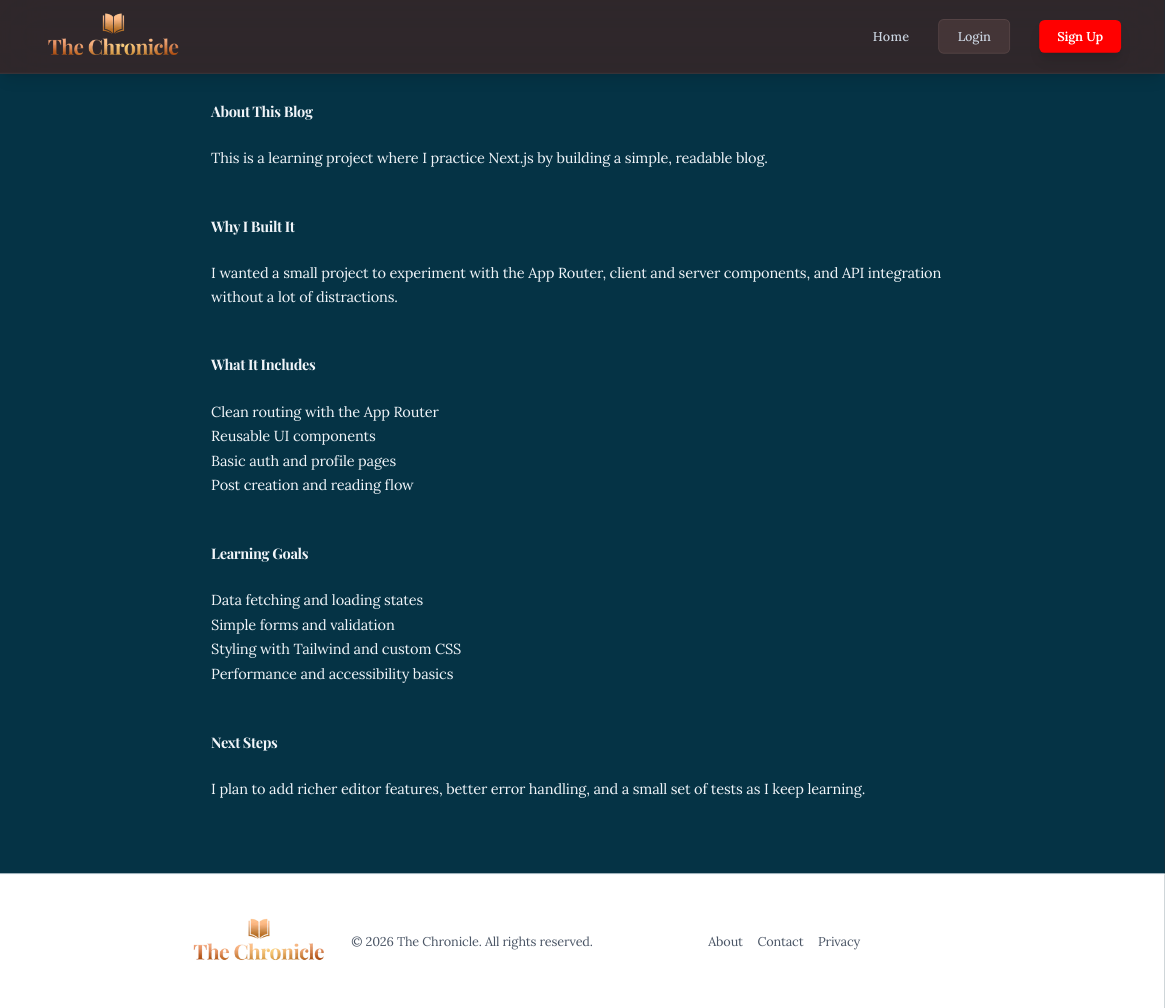
Repository: swaruplamsal/BasicBlogApp
Page: /about (app in blog-frontend/)
An editor plug-in stored every save of this project. The page is shown before and after the next save, followed by the edit.
The browser window is 1280 px wide. The pictures show the whole page, at 91% of full size.
The page's requests for data from a server got no answer. The project was rebuilt for these pictures with package versions that can differ from the ones it lists, and the page was loaded fresh each time. The framework's server and built-in components were replaced by stand-ins that run in the browser. No one was signed in, and anything a server would have sent is missing. Also part of the build but not shown: blog-frontend/next.config.mjs, blog-frontend/app/components/Avatar.js.

Above is the page before, as saved 2026-02-07 20:46:24.

After the next save:
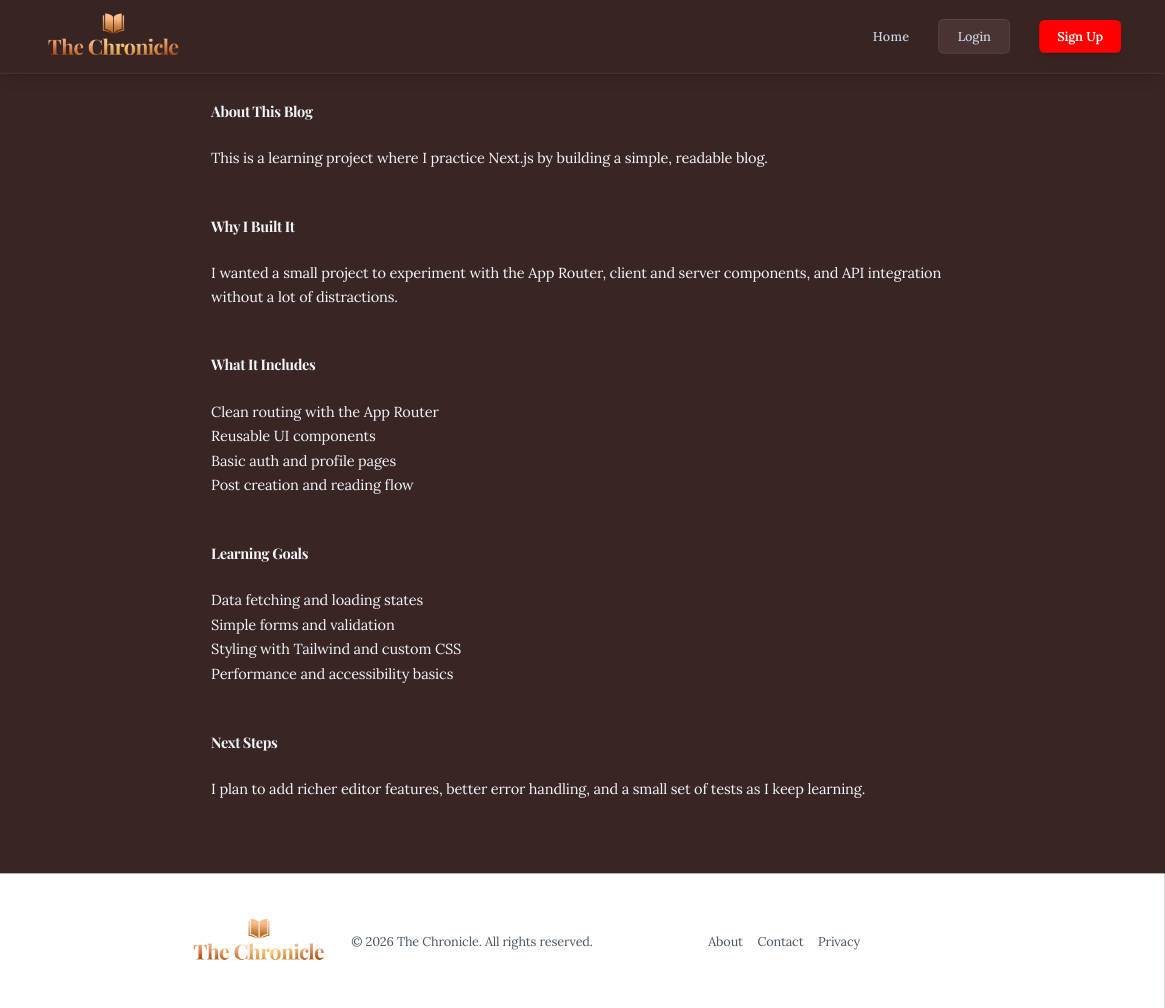
Saved 56 s later.
--- a/blog-frontend/app/about/page.js
+++ b/blog-frontend/app/about/page.js
@@ -7,7 +7,7 @@ const sectionStyle = {
 
 export default function About() {
   return (
-    <div className="bg-cyan-950">
+    <div className="dark:bg-cyan-950">
       <Navbar />
       <main style={{ padding: "2rem", maxWidth: "880px", margin: "0 auto" }}>
         <h1>About This Blog</h1>
